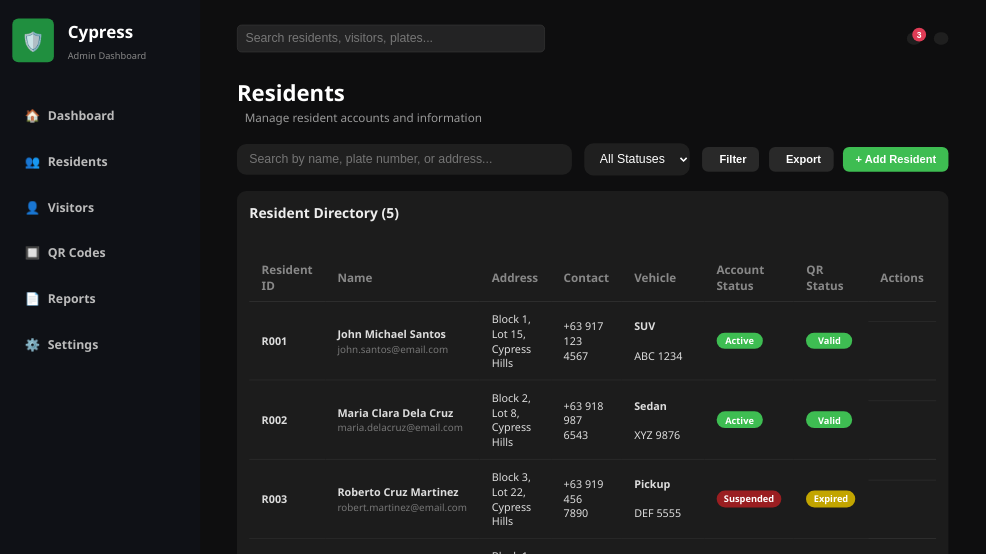
Repository: camuramon/my-project
Page: templates/admin/residents.html
An editor plug-in stored every save of this project. The page is shown before and after the next save, followed by the edit.
The browser window is 1280 px wide. The pictures show the whole page, at 77% of full size.
An inner scrolling area shows only its first screen. The template is drawn by Flask 3. The application's start-up code is not run. Other server files are loaded and not shown. The template is opened directly, without the code that normally fills it, so the values that code supplies are empty.

Above is the page before, as saved 2025-08-31 05:00:13.

### templates/admin/residents.html
<!DOCTYPE html>
<html lang="en">
<head>
    <meta charset="UTF-8" />
    <meta name="viewport" content="width=device-width, initial-scale=1" />
    <title>Residents Dashboard</title>
   <link rel="stylesheet" href="{{ url_for('static', filename='css/admin.css') }}">
<link rel="stylesheet" href="{{ url_for('static', filename='css/resident.css') }}">
</head>
<body>
    <div class="container">
        <aside class="sidebar">
    <div class="logo">
        <div class="icon">🛡️</div>
        <div class="title">
            <h2>Cypress</h2>
            <span>Admin Dashboard</span>
        </div>
    </div>
    <nav>
        <ul class="sidebar-menu">
            <li class="{% if request.path == url_for('admin_dashboard') %}active{% endif %}">
                <a href="{{ url_for('admin_dashboard') }}"><span class="icon">🏠</span> Dashboard</a>
            </li>
            <li class="{% if request.path == url_for('admin_residents') %}active{% endif %}">
                <a href="{{ url_for('admin_residents') }}"><span class="icon">👥</span> Residents</a>
            </li>
            <li class="{% if request.path == url_for('admin_visitors') %}active{% endif %}">
                <a href="{{ url_for('admin_visitors') }}"><span class="icon">👤</span> Visitors</a>
            </li>
            <li>
                <a href="#"><span class="icon">🔲</span> QR Codes</a>
            </li>
            <li class="{% if request.path == url_for('admin_reports') %}active{% endif %}">
                <a href="{{ url_for('admin_reports') }}"><span class="icon">📄</span> Reports</a>
            </li>
            <li class="{% if request.path == url_for('admin_settings') %}active{% endif %}">
                <a href="{{ url_for('admin_settings') }}"><span class="icon">⚙️</span> Settings</a>
            </li>
        </ul>
    </nav>
</aside>

        <main class="main-content">
            <header class="header">
                <input type="search" placeholder="Search residents, visitors, plates..." class="search-bar" />
                <div class="header-icons">
                    <button class="notification-btn">
                        <i class="fas fa-bell"></i>
                        <span class="notification-count">3</span>
                    </button>
                    <button class="user-btn">
                        <i class="fas fa-user-circle"></i>
                    </button>
                </div>
            </header>

            <section class="resident-section">
                <h2>Residents</h2>
                <p class="subtitle">Manage resident accounts and information</p>

                <div class="sub-header">
                    <input type="search" placeholder="Search by name, plate number, or address..." />
                    <select>
                        <option>All Statuses</option>
                    </select>
                    <div class="buttons">
                        <button class="filter-btn">
                            <i class="fas fa-filter"></i> Filter
                        </button>
                        <button class="export-btn">
                            <i class="fas fa-file-export"></i> Export
                        </button>
                        <button class="add-resident-btn">+ Add Resident</button>
                    </div>
                </div>

                <div class="resident-directory">
                    <h3>Resident Directory (5)</h3>
                    <table>
                        <thead>
                            <tr>
                                <th>Resident ID</th>
                                <th>Name</th>
                                <th>Address</th>
                                <th>Contact</th>
                                <th>Vehicle</th>
                                <th>Account Status</th>
                                <th>QR Status</th>
                                <th>Actions</th>
                            </tr>
                        </thead>
                        <tbody>
                            <tr>
                                <td><strong>R001</strong></td>
                                <td>
                                    <strong>John Michael Santos</strong><br/>
                                    <a href="mailto:john.santos@email.com">john.santos@email.com</a>
                                </td>
                                <td>Block 1, Lot 15, Cypress Hills</td>
                                <td>+63 917 123 4567</td>
                                <td>
                                    <strong>SUV</strong><br/>
                                    ABC 1234
                                </td>
                                <td><span class="status active">Active</span></td>
                                <td><span class="qr-status valid">Valid</span></td>
                                <td class="actions">
                                    <button title="View"><i class="fas fa-eye"></i></button>
                                    <button title="Edit"><i class="fas fa-edit"></i></button>
                                    <button title="Delete"><i class="fas fa-trash"></i></button>
                                </td>
                            </tr>
                            <tr>
                                <td><strong>R002</strong></td>
                                <td>
                                    <strong>Maria Clara Dela Cruz</strong><br/>
                                    <a href="mailto:maria.delacruz@email.com">maria.delacruz@email.com</a>
                                </td>
                                <td>Block 2, Lot 8, Cypress Hills</td>
                                <td>+63 918 987 6543</td>
                                <td>
                                    <strong>Sedan</strong><br/>
                                    XYZ 9876
                                </td>
                                <td><span class="status active">Active</span></td>
                                <td><span class="qr-status valid">Valid</span></td>
                                <td class="actions">
                                    <button title="View"><i class="fas fa-eye"></i></button>
                                    <button title="Edit"><i class="fas fa-edit"></i></button>
                                    <button title="Delete"><i class="fas fa-trash"></i></button>
                                </td>
                            </tr>
                            <tr>
                                <td><strong>R003</strong></td>
                                <td>
                                    <strong>Roberto Cruz Martinez</strong><br/>
                                    <a href="mailto:robert.martinez@email.com">robert.martinez@email.com</a>
                                </td>
                                <td>Block 3, Lot 22, Cypress Hills</td>
                                <td>+63 919 456 7890</td>
                                <td>
                                    <strong>Pickup</strong><br/>
                                    DEF 5555
                                </td>
                                <td><span class="status suspended">Suspended</span></td>
                                <td><span class="qr-status expired">Expired</span></td>
                                <td class="actions">
                                    <button title="View"><i class="fas fa-eye"></i></button>
                                    <button title="Edit"><i class="fas fa-edit"></i></button>
                                    <button title="Delete"><i class="fas fa-trash"></i></button>
                                </td>
                            </tr>
                            <tr>
                                <td><strong>R004</strong></td>
                                <td>
                                    <strong>Ana Beatriz Reyes</strong><br/>
                                    <a href="mailto:ana.reyes@email.com">ana.reyes@email.com</a>
                                </td>
                                <td>Block 1, Lot 7, Cypress Hills</td>
                                <td>+63 920 789 0123</td>
                                <td>
                                    <strong>Hatchback</strong><br/>
                                    GHI 7777
                                </td>
                                <td><span class="status active">Active</span></td>
                                <td><span class="qr-status valid">Valid</span></td>
                                <td class="actions">
                                    <button title="View"><i class="fas fa-eye"></i></button>
                                    <button title="Edit"><i class="fas fa-edit"></i></button>
                                    <button title="Delete"><i class="fas fa-trash"></i></button>
                                </td>
                            </tr>
                            <tr>
                                <td><strong>R005</strong></td>
                                <td>
                                    <strong>Carlos Eduardo Silva</strong><br/>
                                    <a href="mailto:carlos.silva@email.com">carlos.silva@email.com</a>
                                </td>
                                <td>Block 4, Lot 11, Cypress Hills</td>
                                <td>+63 921 345 6789</td>
                                <td>
                                    <strong>SUV</strong><br/>
                                    JKL 2468
                                </td>
                                <td><span class="status inactive">Inactive</span></td>
                                <td><span class="qr-status expired">Expired</span></td>
                                <td class="actions">
                                    <button title="View"><i class="fas fa-eye"></i></button>
                                    <button title="Edit"><i class="fas fa-edit"></i></button>
                                    <button title="Delete"><i class="fas fa-trash"></i></button>
                                </td>
                            </tr>
                        </tbody>
                    </table>
                </div>
            </section>
        </main>
    </div>
</body>
</html>

### static/css/admin.css
/* ===========================
   GENERAL RESET & BASE STYLES
=========================== */
* {
    box-sizing: border-box;
    margin: 0;
    padding: 0;
}

body {
    font-family: 'Segoe UI', Tahoma, Geneva, Verdana, sans-serif;
    background-color: #0e0e0f;
    color: #ddd;
    display: flex;
    min-height: 100vh;
}

/* ===========================
   SIDEBAR
=========================== */
.sidebar {
    width: 250px;
    background-color: #121314;
    height: 100vh;
    padding: 20px;
    display: flex;
    flex-direction: column;
}

.logo {
    display: flex;
    align-items: center;
    margin-bottom: 40px;
}

.logo .icon {
    background-color: #208f3f;
    padding: 12px;
    border-radius: 8px;
    font-size: 24px;
    color: white;
    margin-right: 10px;
}

.logo .title h2 {
    font-weight: 700;
    color: white;
    margin-bottom: 4px;
}

.logo .title span {
    font-size: 12px;
    color: #888;
}

.sidebar-menu {
    list-style: none;
    padding: 0;
}

.sidebar-menu li {
    margin: 15px 0;
}

.sidebar-menu li a {
    text-decoration: none;
    color: #bbb;
    font-weight: 600;
    display: flex;
    align-items: center;
    gap: 10px;
    font-size: 16px;
}

.sidebar-menu li a i {
    font-size: 18px;
}

.sidebar-menu li.active a,
.sidebar-menu li a:hover {
    color: white;
}

/* ===========================
   MAIN CONTENT
=========================== */
.main-content {
    flex-grow: 1;
    padding: 25px;
    overflow-y: auto;
}

/* ===========================
   HEADER / TOP BAR
=========================== */
.top-bar, .header {
    display: flex;
    justify-content: space-between;
    align-items: center;
    margin-bottom: 20px;
}

.search-bar input[type="search"] {
    width: 350px;
    padding: 10px 15px;
    border: none;
    border-radius: 10px;
    background-color: #232324;
    color: #ccc;
    font-size: 16px;
}

.top-icons, .header-icons {
    display: flex;
    gap: 15px;
}

.icon-btn, .notification-btn, .user-btn {
    background: none;
    border: none;
    color: #ccc;
    font-size: 20px;
    position: relative;
    cursor: pointer;
}

.notification-count {
    position: absolute;
    top: -8px;
    right: -8px;
    background-color: #e02e41;
    font-size: 10px;
    padding: 2px 6px;
    border-radius: 50%;
    color: white;
}

/* ===========================
   DASHBOARD HEADER & ACTIONS
=========================== */
.dashboard-header, .resident-section .sub-header {
    display: flex;
    justify-content: space-between;
    align-items: center;
    margin: 20px 0;
    flex-wrap: wrap;
}

.dashboard-header h1, .resident-section h2 {
    color: white;
}

.dashboard-header p, .resident-section .subtitle {
    color: #999;
    margin-left: 10px;
}

.actions, .buttons {
    display: flex;
    gap: 10px;
}

.filter-btn,
.export-btn,
.add-resident-btn {
    background-color: #222;
    border: none;
    color: white;
    padding: 10px 20px;
    border-radius: 8px;
    cursor: pointer;
    font-weight: 600;
}

.add-resident-btn {
    background-color: #208f3f;
}

.filter-btn:hover,
.export-btn:hover,
.add-resident-btn:hover {
    background-color: #333;
}

/* ===========================
   DASHBOARD CARDS
=========================== */
.stats-cards {
    display: flex;
    gap: 20px;
    flex-wrap: wrap;
    margin-bottom: 40px;
}

.card {
    background-color: #151517;
    border-radius: 12px;
    flex: 1 1 300px;
    padding: 20px;
    position: relative;
    color: #999;
}

.card p { margin-bottom: 8px; }

.card h2 { color: white; font-weight: 800; font-size: 28px; }

.card-icon {
    position: absolute;
    top: 20px;
    right: 20px;
    font-size: 24px;
    padding: 8px;
    border-radius: 100%;
    background-color: #333;
    color: white;
}

.card-icon.green { background-color: #208f3f; }
.card-icon.blue { background-color: #26418f; }
.card-icon.yellow { background-color: #a58f20; }
.card-icon.green-dark { background-color: #14502d; }
.card-icon.gray { background-color: #474751; }

.percentage {
    position: absolute;
    bottom: 20px;
    right: 20px;
    font-weight: 600;
    font-size: 14px;
}

.percentage.positive { color: #26ca4a; }
.percentage.neutral { color: #999; }

/* ===========================
   TABLES
=========================== */
.tables-section, .resident-directory {
    display: flex;
    gap: 20px;
    flex-wrap: wrap;
}

.table-container {
    background-color: #151517;
    padding: 20px;
    border-radius: 12px;
    flex: 1 1 500px;
    color: #bbb;
}

.table-container h3 {
    display: flex;
    justify-content: space-between;
    margin-bottom: 15px;
    color: white;
}

.view-all {
    color: #6668f8;
    font-weight: 600;
    text-decoration: none;
    font-size: 14px;
}

.view-all:hover { text-decoration: underline; }

table {
    width: 100%;
    border-collapse: collapse;
}

th, td {
    padding: 12px 10px;
    text-align: left;
    font-size: 14px;
}

thead tr { border-bottom: 1px solid #333; }
tbody tr:not(:last-child) { border-bottom: 1px solid #333; }
tbody tr:hover { background-color: #252527; }

/* ===========================
   STATUS BADGES
=========================== */
.status {
    padding: 5px 10px;
    border-radius: 20px;
    font-size: 12px;
    font-weight: 700;
    display: inline-block;
}

.status.active { background-color: #208f3f; color: white; }
.status.expired { background-color: #a5891e; color: white; }
.status.suspended { background-color: #7e1e1e; color: white; }
.status.inactive { background-color: #ff4d4f; color: white; }

.qr-status.valid { background-color: #208f3f; color: white; }
.qr-status.expired { background-color: #a5891e; color: white; }

/* ===========================
   BUTTONS, INPUTS, SELECT
=========================== */
button { cursor: pointer; border: none; border-radius: 6px; font-weight: 600; }

select, input[type="search"] {
    background-color: #232324;
    color: #ccc;
    border: 1px solid #333;
    padding: 8px 10px;
    border-radius: 6px;
}

/* ===========================
   HEADINGS & TEXT
=========================== */
h2 { font-size: 22px; margin-bottom: 5px; }
h3 { font-size: 18px; margin-bottom: 10px; }
.subtitle { color: #aaa; margin-bottom: 15px; }

strong { font-weight: 700; }

### static/css/resident.css
/* General Reset and Base */
* {
    box-sizing: border-box;
    margin: 0;
    padding: 0;
}

body {
    font-family: 'Segoe UI', Tahoma, Geneva, Verdana, sans-serif;
    background-color: #0e0e0f;
    color: #ddd;
    display: flex;
    min-height: 100vh;
}

.container {
    display: flex;
    width: 100%;
    height: 100vh;
    overflow: hidden;
}

/* Sidebar */
.sidebar {
    background-color: #0f1116;
    color: #ccc;
    width: 260px;
    display: flex;
    flex-direction: column;
    padding: 1.5rem 1rem;
}

.logo {
    display: flex;
    align-items: center;
    gap: 0.5rem;
    margin-bottom: 2rem;
}

.logo-icon {
    background-color: #3ebd52;
    color: white;
    font-size: 1.5rem;
    padding: 0.6rem;
    border-radius: 8px;
}

.logo-text h1 {
    font-weight: 700;
    font-size: 1.3rem;
    color: white;
}

.logo-text p {
    font-size: 0.8rem;
    color: #666;
}

.sidebar nav ul {
    list-style: none;
}

.sidebar nav ul li {
    display: flex;
    align-items: center;
    gap: 1rem;
    padding: 0.7rem 1rem;
    font-weight: 600;
    cursor: pointer;
    border-radius: 6px;
    color: #aaa;
    margin-bottom: 0.7rem;
    transition: background-color 0.3s ease, color 0.3s ease;
}

.sidebar nav ul li i {
    font-size: 1.1rem;
}

.sidebar nav ul li.active,
.sidebar nav ul li:hover {
    background-color: #292929;
    color: white;
}

/* Main Content */
.main-content {
    flex: 1;
    display: flex;
    flex-direction: column;
    padding: 2rem 3rem;
    overflow-y: auto;
}

/* Header */
.header {
    display: flex;
    justify-content: space-between;
    align-items: center;
    margin-bottom: 2rem;
}

.search-bar {
    width: 400px;
    padding: 0.6rem 1rem;
    border-radius: 8px;
    border: none;
    font-size: 1rem;
    background-color: #1f1f1f;
    color: white;
}

.search-bar::placeholder {
    color: #777;
}

.header-icons {
    display: flex;
    gap: 1rem;
    align-items: center;
}

.notification-btn,
.user-btn {
    position: relative;
    background-color: #1f1f1f;
    border: none;
    padding: 0.5rem 0.6rem;
    border-radius: 8px;
    color: white;
    cursor: pointer;
    font-size: 1.2rem;
}

.notification-count {
    position: absolute;
    top: -6px;
    right: -6px;
    font-size: 0.7rem;
    background: #e03c56;
    color: white;
    width: 18px;
    height: 18px;
    border-radius: 50%;
    display: flex;
    justify-content: center;
    align-items: center;
}

/* Resident Section */
.resident-section h2 {
    font-weight: 700;
    font-size: 1.8rem;
    margin-bottom: 0.2rem;
}

.subtitle {
    font-size: 0.95rem;
    color: #888;
    margin-bottom: 1.5rem;
}

.sub-header {
    display: flex;
    gap: 1rem;
    align-items: center;
    margin-bottom: 1.5rem;
    flex-wrap: wrap;
}

.sub-header input[type="search"] {
    flex: 1;
    padding: 0.7rem 1rem;
    background-color: #1f1f1f;
    border: none;
    border-radius: 12px;
    color: white;
    font-size: 1rem;
}

.sub-header select {
    background-color: #1f1f1f;
    border: none;
    padding: 0.7rem 1rem;
    color: white;
    border-radius: 12px;
    font-size: 1rem;
    cursor: pointer;
}

.buttons {
    display: flex;
    gap: 0.8rem;
}

.filter-btn,
.export-btn,
.add-resident-btn {
    border: none;
    cursor: pointer;
    font-weight: 600;
    display: flex;
    align-items: center;
    gap: 0.4rem;
    padding: 0.5rem 1rem;
    border-radius: 8px;
    font-size: 0.9rem;
}

.filter-btn {
    background-color: #292929;
    color: white;
}

.export-btn {
    background-color: #292929;
    color: white;
}

.add-resident-btn {
    background-color: #3ebd52;
    color: white;
}

/* Resident Directory */
.resident-directory {
    background-color: #1c1c1c;
    padding: 1rem;
    border-radius: 12px;
    overflow-x: auto;
}

.resident-directory h3 {
    font-weight: 600;
    margin-bottom: 1rem;
    color: #eee;
}

table {
    width: 100%;
    border-collapse: collapse;
    color: #ddd;
    font-size: 0.9rem;
}

thead th {
    text-align: left;
    padding: 1rem 1rem 0.7rem;
    font-weight: 600;
    font-size: 0.95rem;
    border-bottom: 1px solid #333;
    color: #888;
}

tbody td {
    padding: 0.8rem 1rem;
    border-bottom: 1px solid #2c2c2c;
    vertical-align: middle;
}

tbody td a {
    color: #777;
    font-size: 0.8rem;
    text-decoration: none;
}

tbody tr:hover {
    background-color: #292929;
}

.status,
.qr-status {
    display: inline-block;
    padding: 0.15rem 0.6rem;
    border-radius: 12px;
    font-weight: 600;
    font-size: 0.75rem;
    color: white;
    min-width: 60px;
    text-align: center;
}

/* Status Colors */
.status.active,
.qr-status.valid {
    background-color: #3ebd52;
}

.status.inactive,
.qr-status.expired {
    background-color: #c2a500;
}

.status.suspended {
    background-color: #9a1e21;
}

/* Actions */
.actions button {
    background: transparent;
    border: none;
    color: #aaa;
    cursor: pointer;
    font-size: 1.1rem;
    margin-right: 0.5rem;
}

.actions button:hover {
    color: white;
}

/* Vehicle Column Bold for vehicle type */
tbody td:nth-child(5) strong {
    display: block;
    font-weight: 700;
}

After the next save:
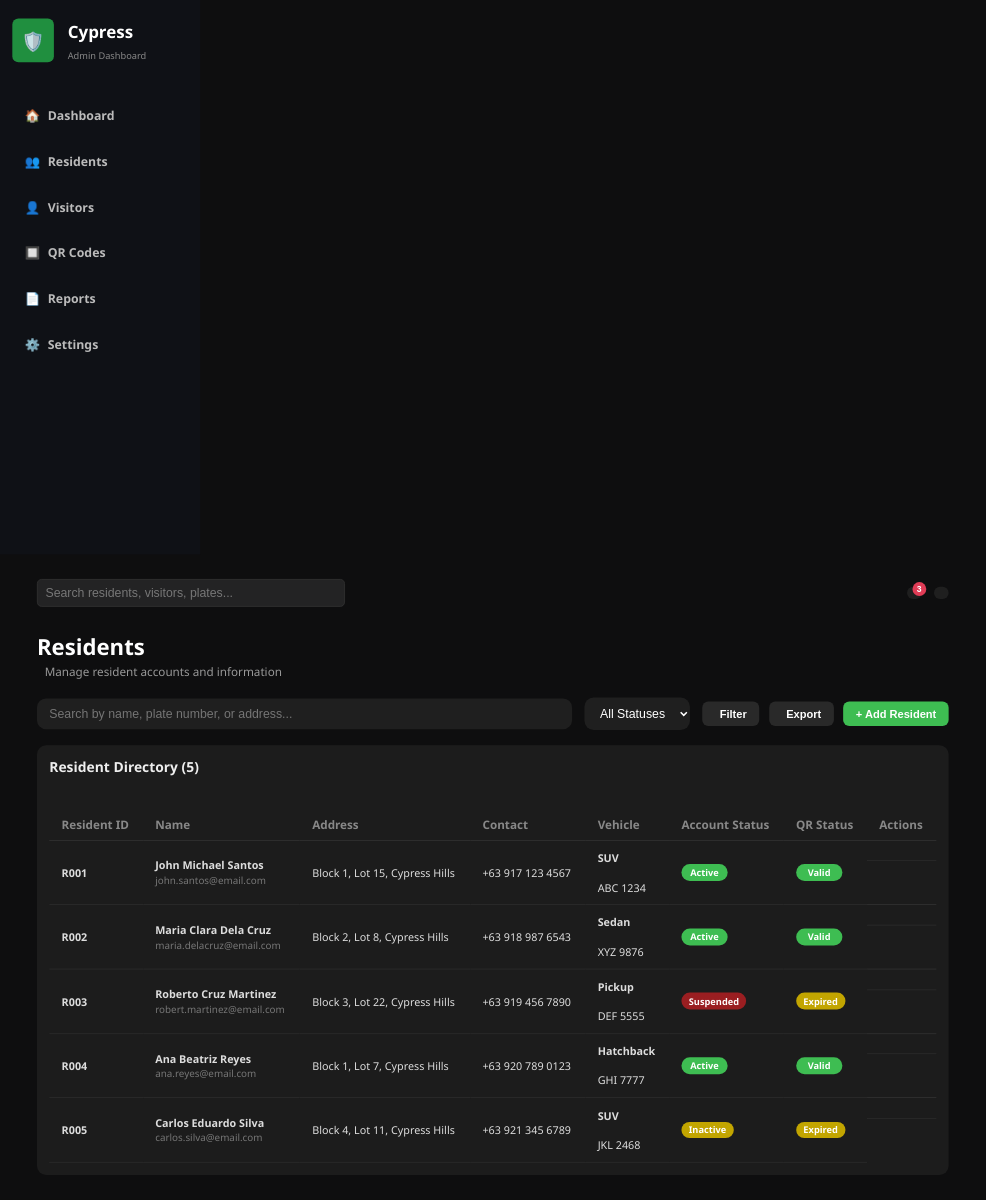
Saved 65 s later.
--- a/static/css/resident.css
+++ b/static/css/resident.css
@@ -13,12 +13,6 @@
     min-height: 100vh;
 }
 
-.container {
-    display: flex;
-    width: 100%;
-    height: 100vh;
-    overflow: hidden;
-}
 
 /* Sidebar */
 .sidebar {

After the save that followed:
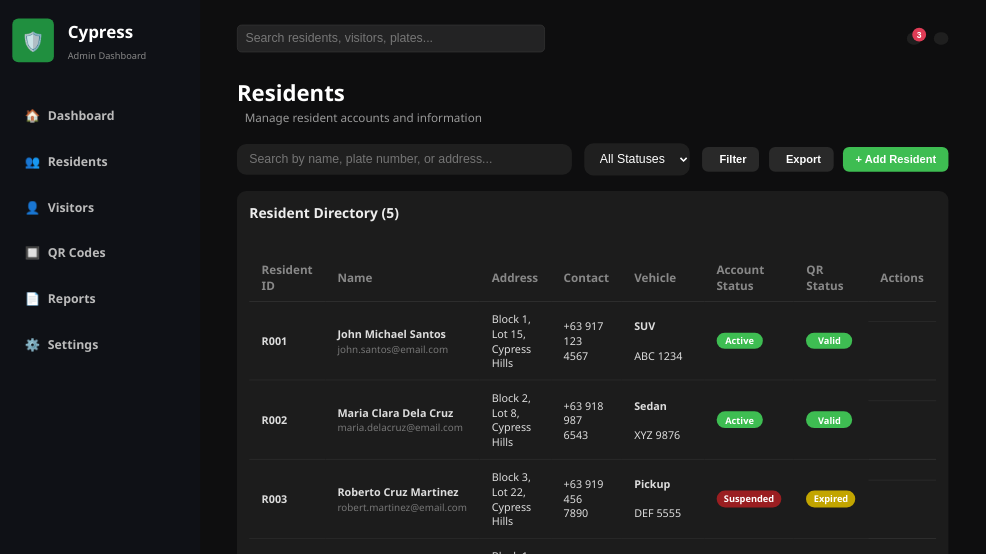
Saved 9 s later.
--- a/static/css/resident.css
+++ b/static/css/resident.css
@@ -13,6 +13,12 @@
     min-height: 100vh;
 }
 
+.container {
+    display: flex;
+    width: 100%;
+    height: 100vh;
+    overflow: hidden;
+}
 
 /* Sidebar */
 .sidebar {
